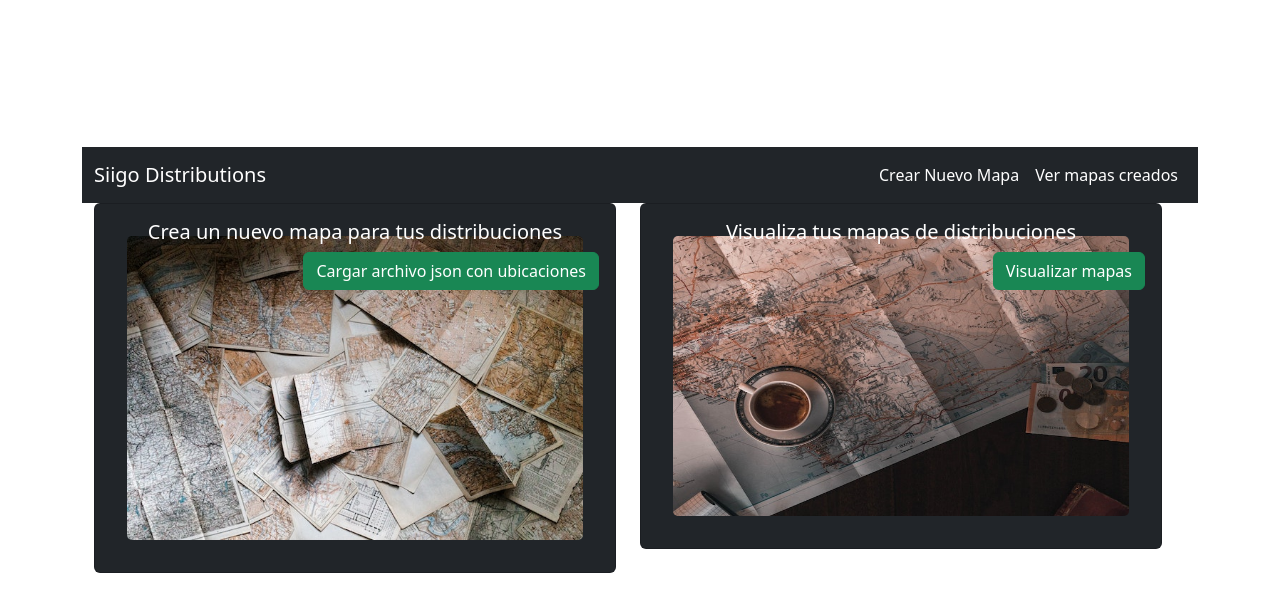
Repository: DevArthuro/Siigo-Distributions
Page: / (app in frontend/)
These files come from the project's save history. The page is drawn as it stood at one moment and after the next save; the edit follows.
The browser window is 1280 px wide. The pictures show the whole page.
The project was rebuilt for these pictures with package versions that can differ from the ones it lists, and the page was loaded fresh each time. Also part of the build but not shown: frontend/vite.config.js, frontend/src/stores/useGraphSpeccifictMap.js, frontend/src/components/TableToManageMap.vue, frontend/src/views/WhatchSpecifictMap.vue.

Above is the page before, as saved 2023-09-27 08:36:53.

### frontend/src/main.js
import { createApp } from 'vue'
import './style.css'
import App from './App.vue'

// Manage to routes
import routes from './routes'

// Import libraries to bootstrap in the folder node_modules
import 'bootstrap/dist/css/bootstrap.min.css'
import 'bootstrap/dist/js/bootstrap.bundle'

// Manage central for components
import {createPinia} from 'pinia'
import persistence from 'pinia-plugin-persistence'

const pinia = createPinia()

pinia.use(persistence)

const app = createApp(App)
app.use(pinia)
app.use(routes)

app.mount('#app')

### frontend/src/App.vue
<template>
    <router-view/>
</template>

### frontend/src/routes/index.js
import {createRouter, createWebHistory} from 'vue-router';
import dashboard from '../views/DashBoard.vue';
import wathchMaps from '../views/WhatchSpecifictMap.vue'

const routes = [
    {
        path: '/',
        name: 'DashBoard',
        component: dashboard
    },
    {
        path: '/ver-mapas/',
        name: 'Watch-Maps',
        component: wathchMaps
    }
];

const router = createRouter({
    history: createWebHistory(),
    routes
});

export default router;

### frontend/src/views/DashBoard.vue
<template>
    <navbar/>
    <div class="container row">
        <CardCreateMap/>
        <CardWatchMap/>
    </div>
</template>

<script setup>

import navbar from '../components/Navbar.vue'
import CardCreateMap from '../components/CardToCreateMap.vue'
import CardWatchMap from '../components/CardToShowMaps.vue'
</script>

### frontend/src/components/Navbar.vue
<template>
    <nav class="navbar navbar-expand-lg navbar-dark bg-dark">
        <div class="container-fluid">
          <router-link class="navbar-brand" :to="backViewDashBoard">Siigo Distributions</router-link>
          <button class="navbar-toggler" type="button" data-bs-toggle="collapse" data-bs-target="#navbarNavAltMarkup" aria-controls="navbarNavAltMarkup" aria-expanded="false" aria-label="Toggle navigation">
            <span class="navbar-toggler-icon"></span>
          </button>
          <div class="collapse navbar-collapse justify-content-end" id="navbarNavAltMarkup">
            <div class="navbar-nav">
              <a class="nav-link active" aria-current="page" href="#">Crear Nuevo Mapa</a>
              <router-link class="nav-link active" aria-current="page" :to="nextViewWatchMaps">Ver mapas creados</router-link>
            </div>
          </div>
        </div>
      </nav>
</template>

<script setup>

import {useRouter} from 'vue-router'

const router = useRouter()

const nextViewWatchMaps = {
  name: 'Watch-Maps'
}

const backViewDashBoard = {
  name: 'DashBoard'
}

</script>

### frontend/src/components/CardToCreateMap.vue
<template>
    <div class="col-6">
        <div class="card bg-dark text-white">
            <img src="create_to_map.jpg" class="card-img" alt="create_to_map">
            <div class="card-img-overlay">
              <h5 class="card-title">Crea un nuevo mapa para tus distribuciones</h5>
              <div class="text-end">
                <button class="btn btn-success">Cargar archivo json con ubicaciones</button>
              </div>
            </div>
          </div>
    </div>
</template>

### frontend/src/components/CardToShowMaps.vue
<template>
    <div class="col-6">
        <div class="card bg-dark text-white">
            <img src="watch_to_map.jpg" class="card-img" alt="watch_to_map" height="280"/>
            <div class="card-img-overlay">
              <h5 class="card-title">Visualiza tus mapas de distribuciones</h5>
              <div class="text-end">
                <button class="btn btn-success">Visualizar mapas</button>
              </div>
            </div>
          </div>
    </div>
</template>

Loaded but not shown: frontend/index.html (common file); frontend/src/style.css (common file)

After the next save:
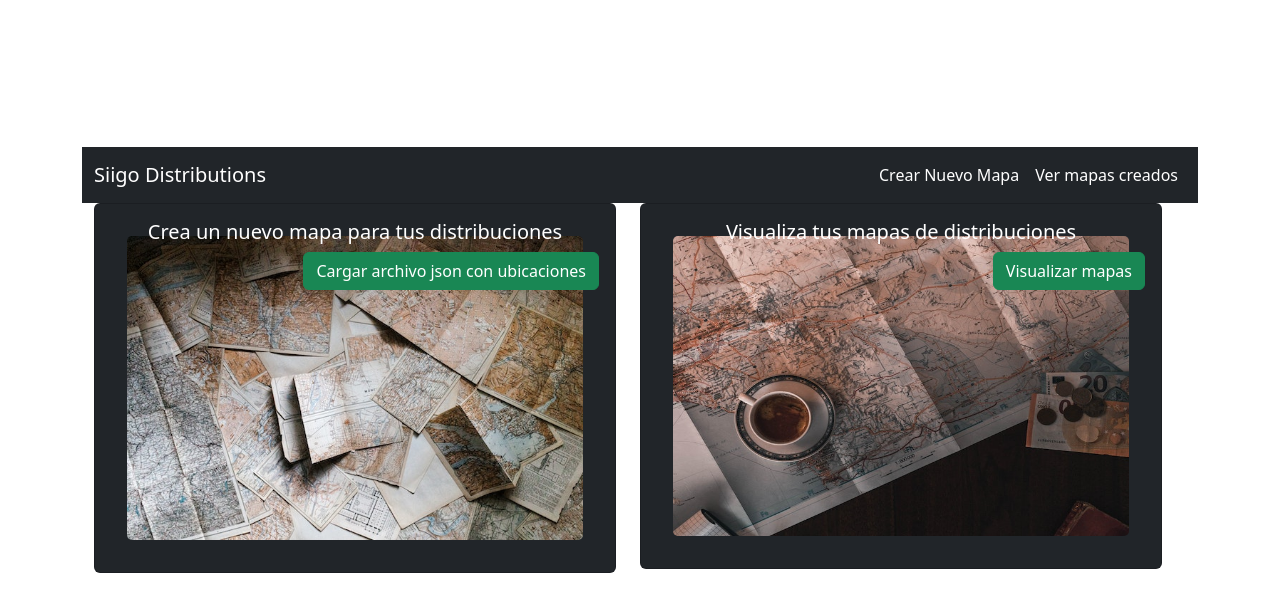
Saved 5 s later.
--- a/frontend/src/components/CardToShowMaps.vue
+++ b/frontend/src/components/CardToShowMaps.vue
@@ -1,7 +1,7 @@
 <template>
     <div class="col-6">
         <div class="card bg-dark text-white">
-            <img src="watch_to_map.jpg" class="card-img" alt="watch_to_map" height="280"/>
+            <img src="watch_to_map.jpg" class="card-img" alt="watch_to_map" height="300"/>
             <div class="card-img-overlay">
               <h5 class="card-title">Visualiza tus mapas de distribuciones</h5>
               <div class="text-end">
